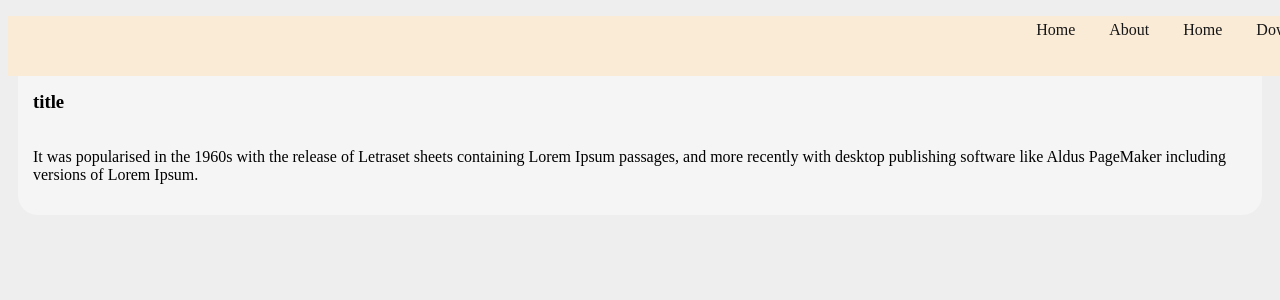
Repository: RafalSiuta/notiweb
Page: policy.html
These files come from the project's save history. The page is drawn as it stood at one moment and after the next save; the edit follows.
The browser window is 1280 px wide. The pictures show the whole page.

Above is the page before, as saved 2024-12-14 21:14:40.

After the next save:
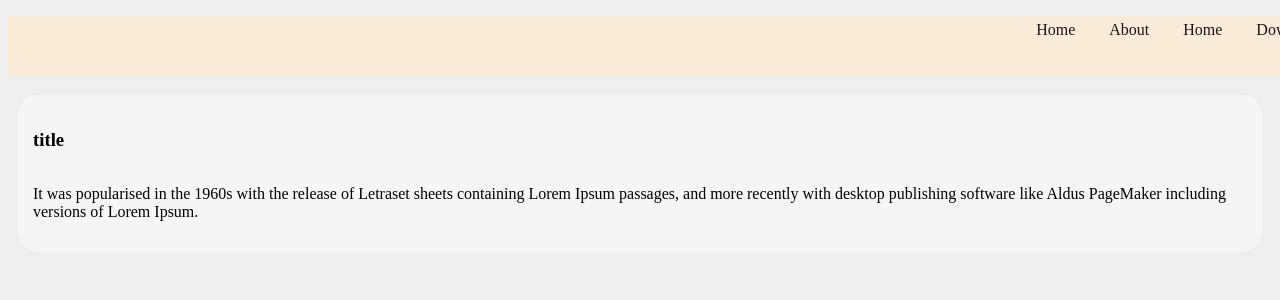
Saved 37 s later.
--- a/styles/styles.css
+++ b/styles/styles.css
@@ -77,7 +77,8 @@
     border-radius: 20px;
 }
 header{
-
+    width: 80vw;
+    height: 10vh;
     text-align: center;
 
 }
